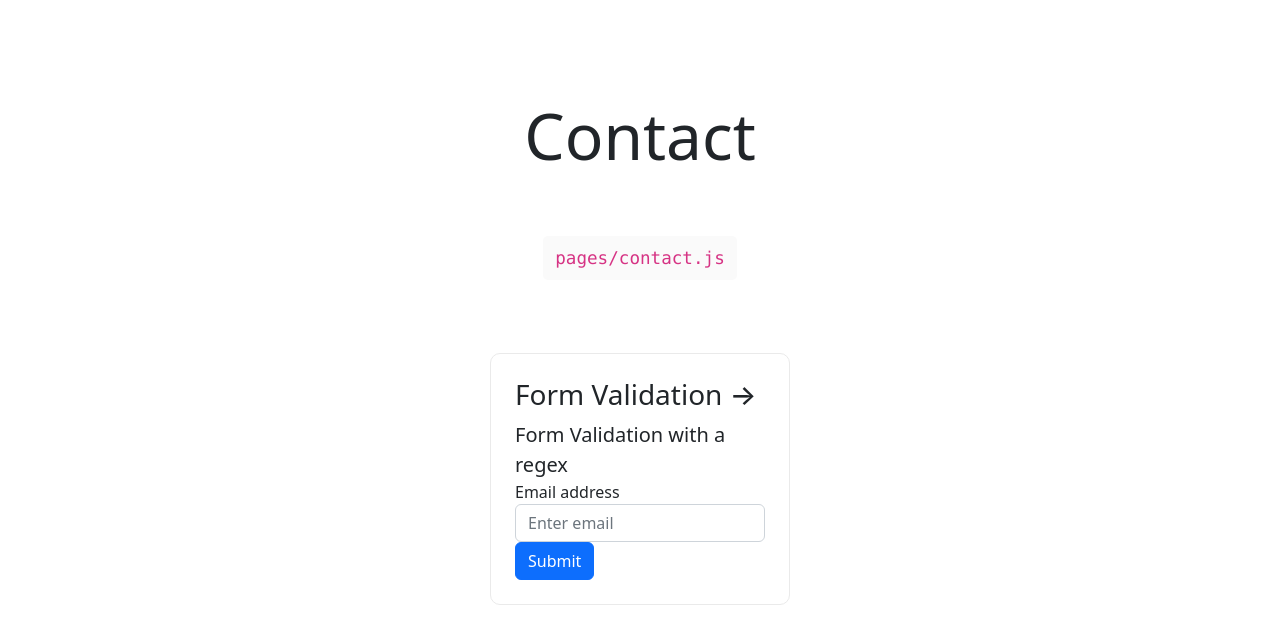
Repository: collegedude9300/zenstationnext
Page: /Contact
These files come from the project's save history. The page is drawn as it stood at one moment and after the next save; the edit follows.
The browser window is 1280 px wide. The pictures show the whole page.
The project was rebuilt for these pictures with package versions that can differ from the ones it lists, and the page was loaded fresh each time. The framework's server and built-in components were replaced by stand-ins that run in the browser. Also part of the build but not shown: next.config.js.

Above is the page before, as saved 2022-10-18 17:40:04.

After the next save:
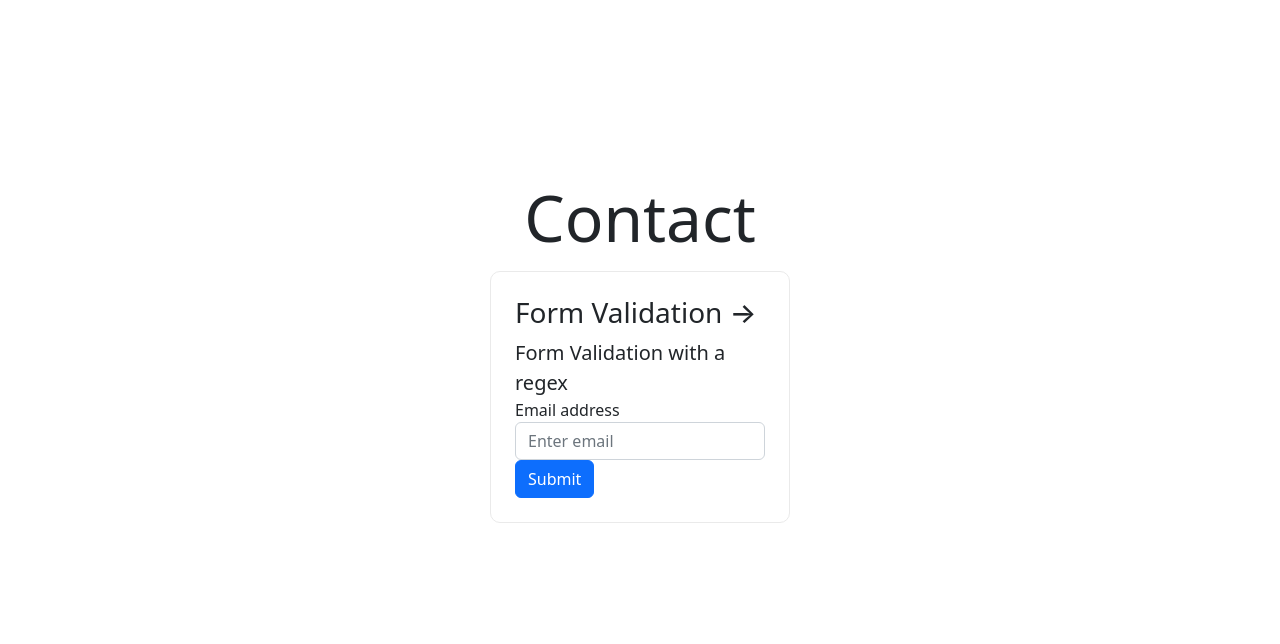
Saved 39 s later.
--- a/pages/Contact.js
+++ b/pages/Contact.js
@@ -33,10 +33,6 @@ export default function Contact() {
         <h1 className={styles.title}>
           Contact
         </h1>
-        <p className={styles.description}>
-          <code className={styles.code}>pages/contact.js</code>
-        </p>
-
         <div className={styles.grid}>
           <div className={styles.card}>
             <h3>Form Validation &rarr;</h3>
